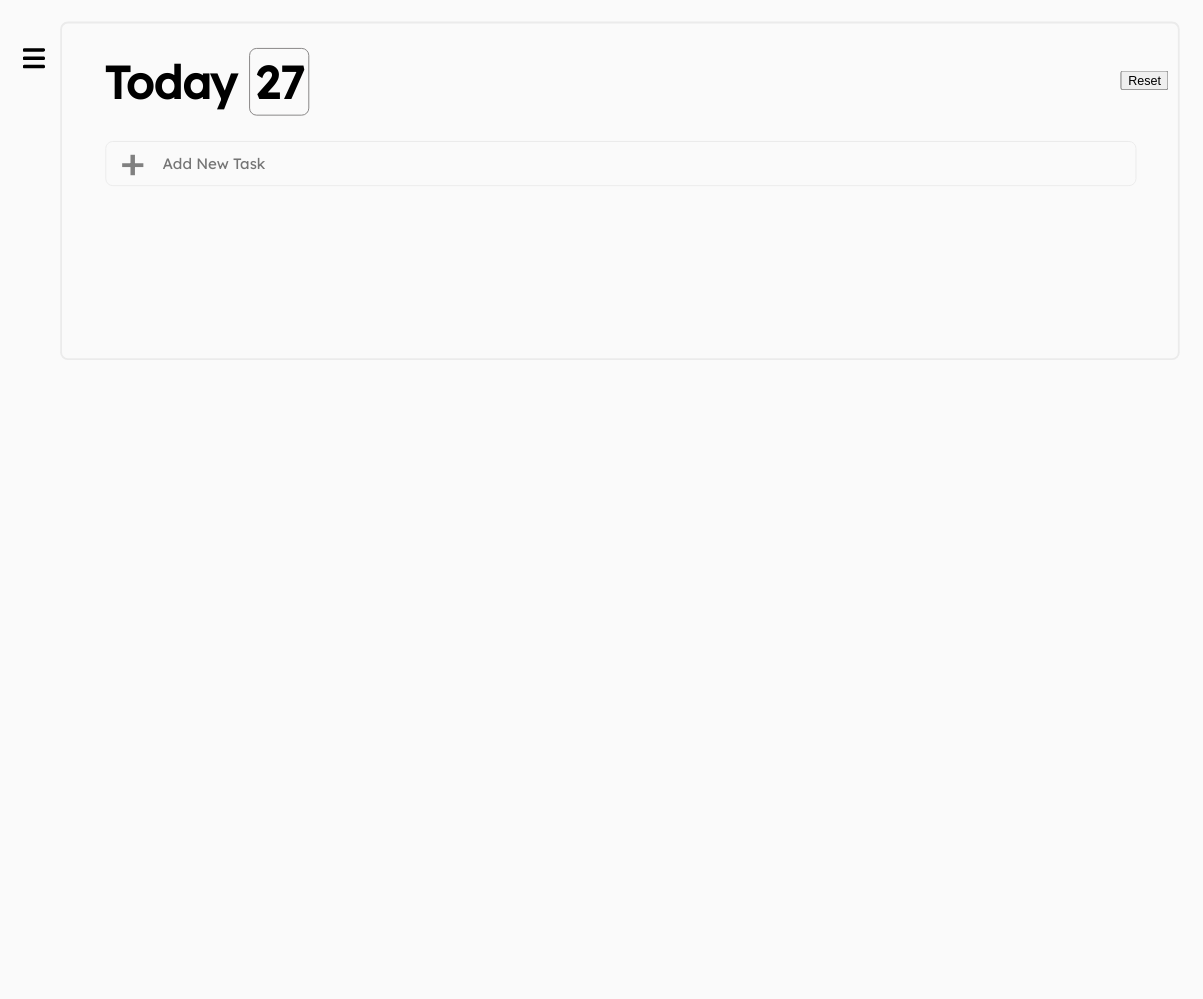
Repository: WeyehnR/Todo-App-e8719e15efb8a3743d14c47aa9ae2115442426d2
Page: Client/index.html
These files come from the project's save history. The page is drawn as it stood at one moment and after a run of saves; the edit follows.
The browser window is 1280 px wide. The pictures show the whole page, at 94% of full size.

Above is the page before, as saved 2023-11-27 16:57:49.

### Client/index.html
<!DOCTYPE html>
<html lang="en">
<head>
    <meta charset="UTF-8">
    <meta name="viewport" content="width=device-width, initial-scale=1.0">
    <title>Todo List Application</title>
    <link href="https://fonts.googleapis.com/css2?family=Lexend+Deca&display=swap" rel="stylesheet">
    <link rel="stylesheet" href="styles.css">
    <link rel="icon" href="favicon.ico">
</head>
<body>
    <div class="app-container">
        <!-- Left Menu -->
        <div class="left-menu-container" id="left-menu-container">
            <div class="hamburger" id="ham-menu-toggle"></div>
            <div class="left-menu-card" id="left-menu-card">
                <h1 class="menu-title">Menu</h1>
                <!-- Content of the left expanded gray card goes here -->
                <!-- Search Bar -->
                <div class="menu-search">
                    <div class="search-container">
                        <button class="search-icon"></button>
                        <input type="text" placeholder="Search" class="search-input" />
                      </div>
                </div>
                <!-- Tasks Section -->
                <!-- Add a 'Tasks' Title -->
                <h3 class="tasks-menu-title">Tasks</h2>
                <ul class="Tasks-menu-selection">
                    <li class="upcoming-menu-item">
                        <span class="upcoming">
                            <span class="upcoming-icon-svg icon-svg">
                                <img src="icons/Icon angle double right.svg" alt="Double right arrow">
                            </span>
                        </span>
                        <span class="text-span">Upcoming</span>
                        <span class="upcoming-item-count"></span>
                    </li>
                    <li class="today-menu-item">
                        <span class="today-icon">
                            <span class="today-icon-svg icon-svg">
                                <img src="icons/Icon tasks.svg" alt="Calendar icon">
                            </span>
                        </span>
                        <span class="text-span">Today</span>
                        <span class="today-item-count"></span>
                    </li>
                    <li class="calendar-menu-item">
                        <span class="calendar-icon">
                            <span class="calendar-icon-svg icon-svg">
                                <img src="icons/Icon calendar alt.svg" alt="Calendar icon">
                            </span>
                        </span>
                        <span class="text-span">Calendar</span>
                        <span class="calendar-item-count"></span>
                    </li>
                    <li class="sticky-menu-item">
                        <span class="sticky-notes-icon">
                            <span class="sticky-notes-icon-svg icon-svg">
                                <img src="icons/Icon sticky note.svg" alt="Sticky note icon">
                            </span>
                        </span>
                        <span class="text-span">Sticky Wall</span>
                        <span class="sticky-item-count"></span>
                    </li>
                </ul>
                <h3 class="lists-menu-title">Lists</h2>
                <!-- Lists Section -->
                <ul class="Lists-menu-selection">
                    <li class="menu-item personal"><span class="icon personal-icon"></span>Personal <span class="item-count"></span></li>
                    <li class="menu-item work"><span class="icon work-icon"></span>Work <span class="item-count"></span></li>
                    <!-- add new list button -->
                    <li class="menu-item add-list">+ Add List</li>
                </ul>
                <h3 class="tags-menu-title">Tags</h2>
                <!-- Tags Section -->
                <ul class="Tags-menu-selection">
                    <li class="menu-item tag1">Tag 1</li>
                    <li class="menu-item tag2">Tag 2</li>
                    <li class="menu-item add-tag">+ Add Tag</li>
                </ul>
                <!-- Settings & Sign Out -->
                <div class="menu-bottom">
                    <button class="menu-button settings">
                        <span class="settings-icon">
                            <span class="settings-icon-svg icon-svg">
                                <img src="icons/Icon settings.svg" alt="Settings icon">
                            </span>
                        </span>
                        Settings
                    </button>
                    <button class="menu-button signout">
                        <span class="sign-out-icon">
                            <span class="sign-out-icon-svg icon-svg">
                                <img src="icons/Icon sign out.svg" alt="Sign out icon">
                            </span>
                        </span>
                        Sign out
                    </button>
                </div>
            </div>
        </div>
        <!-- Todo Container -->
        <div class="todo-container" id="todo-container">
            <div class="date-header">
              <h1 class="Today-Headings">Today <span id="dayOfMonth"></span></h1>
              <button id="reset-btn" style="position: absolute; right: 10px; top:50px">Reset</button>
            </div>
            <div class="add-task-container">
                <input type="text" placeholder="Add New Task" id="new-task-input">
                <button id="add-task-btn">+</button>
            </div>
            <ul class="todo-list">
            </ul>
        </div>
        <!-- Right Menu -->
        <div class="right-menu-card" id="right-menu-card">
            <!-- Content of the right expanded gray card goes here -->
            <h1 class="task-title">Task:</h1>
            <input type="text" class="task-rename" placeholder="Rename Task">
            <textarea class="description-box" placeholder="Task Description"></textarea> <!-- New description box -->
            <div class="task-configuration">
                <div class="list text">
                    List
                    <select>
                        <option value="">Select...</option>
                        <option value="option1">Option 1</option>
                        <option value="option2">Option 2</option>
                        <!-- Add more options as needed -->
                    </select>
                </div>
                <div class="due text">
                    Due Date
                    <select>
                        <option value="">Select...</option>
                        <option value="option1">Option 1</option>
                        <option value="option2">Option 2</option>
                        <!-- Add more options as needed -->
                    </select>
                </div>
                <div class="tags text">
                    Tags
                    <button>+ Add Tag</button>
                </div>
            </div>
            <div class="add-subtask-container">
                <div class="Subtask">SubTask:</div>
                <div class="input-container">
                    <button id="add-subtask-btn">+</button>
                    <input type="text" placeholder="Add New Subtask" id="new-subtask-input">
                </div>
            </div>
            <img src="icons/Icon close.svg" alt="Close" class="close-icon">
            <button class="button delete-task-button">Delete Task</button>
            <button class="button save-task-button">Save Changes</button>
        </div>
        <script type= "module" src="main.js"></script>
    </div>
</body>
</html>

### Client/main.js
import Task from './Task.js';
import TaskManager from './TaskManager.js';

const getElementById = (element) => document.getElementById(element);
const querySelector = (element) => document.querySelector(element);


const getCurrentTaskId = () => {
    // Find the active task element
    const activeTaskElement = document.querySelector('.todo-list li.active');

    // If there's no active task, return null
    if (!activeTaskElement) {
        return null;
    }

    // Get the id from the data-id attribute
    const taskId = activeTaskElement.getAttribute('data-id');

    console.log('Task id:', taskId);  // Log the task id

    // Return the task id
    return taskId;
};


const addTaskEventListener = (taskManager) => {
    getElementById('add-task-btn').addEventListener('click', function() {
        const newTaskInput = getElementById('new-task-input');
        const taskDescription = newTaskInput.value;

        if (taskDescription) {
            taskManager.addTask(taskDescription);
            newTaskInput.value = '';
            // Clear the current tasks from the UI before rendering
            document.querySelector('.todo-list').innerHTML = '';
            taskManager.renderTasks();
            attachDeleteEventListeners(taskManager);
        }
    });
};

const addTaskClickEventListener = () => {
    document.querySelectorAll('.todo-list li').forEach(task => {
        task.addEventListener('click', function() {
            let taskName = this.querySelector('label').innerText;
            let taskRenameInput = document.querySelector('.task-rename');
            taskRenameInput.value = taskName;
        });
    });
};

const attachDeleteEventListeners = (taskManager) => {
    document.querySelectorAll('.delete-task-button').forEach(button => {
        button.addEventListener('click', () => {
            // Get the id of the current task
            const taskId = getCurrentTaskId();

            console.log(taskId);

            // Delete the task
            taskManager.deleteTask(taskId);

            // Clear the current tasks from the UI before rendering
            document.querySelector('.todo-list').innerHTML = '';
            taskManager.renderTasks();
        });
    });
};

document.addEventListener("DOMContentLoaded", () => {
    const currentDate = new Date();
    const dayOfMonth = currentDate.getDate();
    const dayOfMonthElement = getElementById("dayOfMonth");
    dayOfMonthElement.textContent = dayOfMonth;

    const hamburger = querySelector(".hamburger");
    const leftMenuCard = querySelector(".left-menu-card");
    const rightMenuCard = getElementById("right-menu-card");
    const todoContainer = querySelector(".todo-container");

    const taskManager = new TaskManager();
    taskManager.renderTasks();

    addTaskEventListener(taskManager);
    //attach delete event listeners
    attachDeleteEventListeners(taskManager);
    addTaskClickEventListener();


    hamburger.addEventListener("click", () => {
        leftMenuCard.classList.toggle("expanded");
        todoContainer.classList.toggle("left-expanded");
        hamburger.classList.toggle("left-expanded");
    });

    // Select the arrow buttons
    const rightArrowButtons = document.querySelectorAll(".arrow-btn");

    // Add a click event listener to each arrow button
    rightArrowButtons.forEach(button => {
        button.addEventListener("click", () => {
            rightMenuCard.classList.add("expanded");
            todoContainer.classList.add("right-expanded");

            // Remove the active class from all task elements
            document.querySelectorAll('.todo-list li').forEach(task => {
                task.classList.remove('active');
            });

            // Add the active class to the parent task element of the clicked button
            button.parentElement.classList.add('active');
        });
    });

    document.getElementById('reset-btn').addEventListener('click', function() {
        localStorage.clear();
        location.reload();
    });

    document.querySelector('.close-icon').addEventListener('click', () => {
        rightMenuCard.classList.remove('expanded');
        todoContainer.classList.remove('right-expanded');
    });

});

Loaded but not shown: Client/icons/Icon settings.svg (101 lines, source omitted); Client/icons/Icon sign out.svg (1 lines, source omitted); Client/icons/Icon calendar alt.svg (109 lines, source omitted); Client/icons/Icon tasks.svg (1 lines, source omitted); Client/icons/Icon close.svg (1 lines, source omitted); Client/icons/Icon_bars.svg (1 lines, source omitted); Client/icons/Icon search.svg (3 lines, source omitted); Client/icons/Icon sticky note.svg (1 lines, source omitted); Client/icons/Icon angle double right.svg (1 lines, source omitted); Client/TaskManager.js (134 lines, source omitted); Client/Task.js (36 lines, source omitted); Client/styles.css (721 lines, source omitted)

After the next 5 saves:
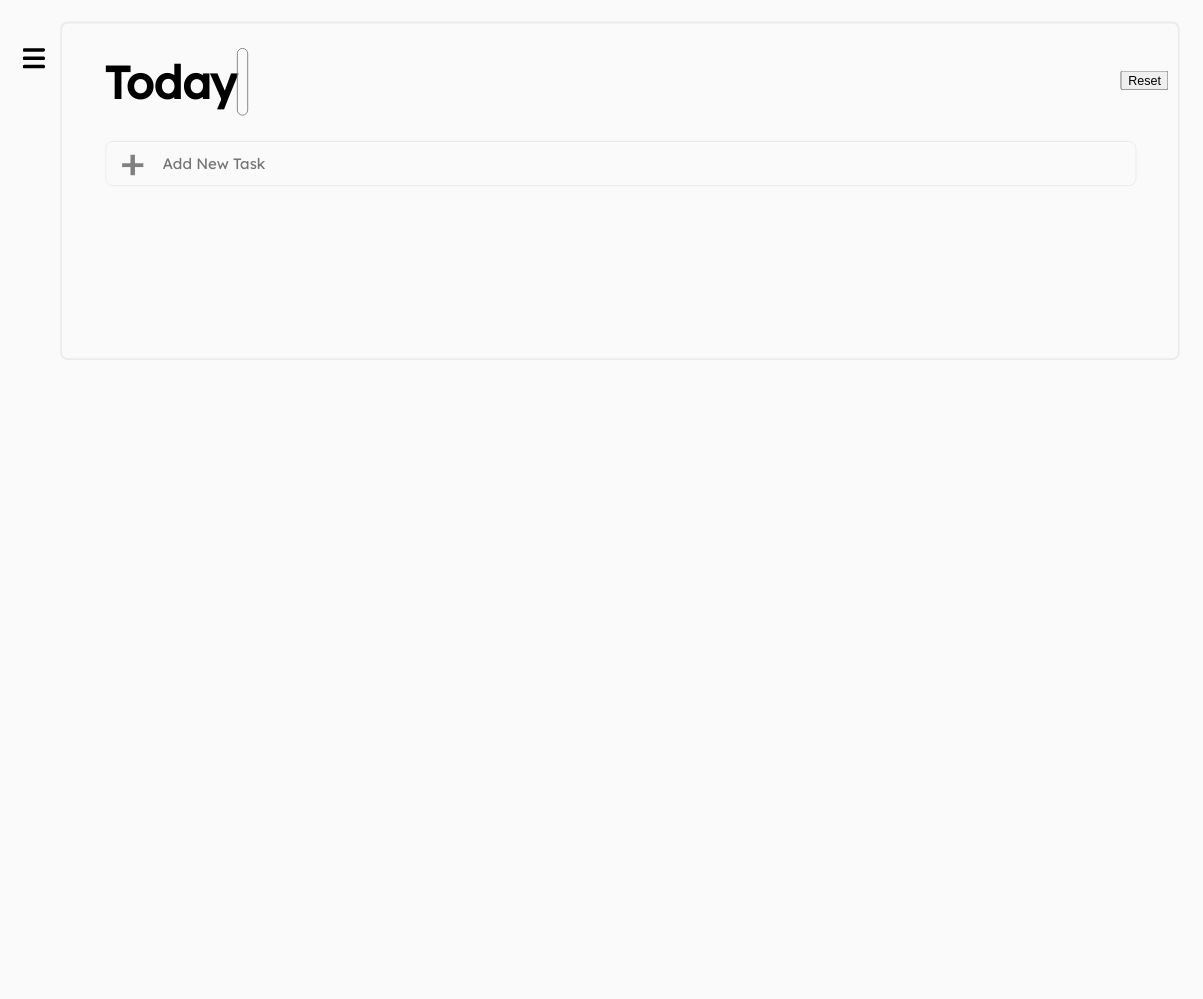
Console error: SyntaxError: missing ) after argument list
The 5 saves are shown as one change because they came seconds apart.
The last was saved 14 min 34 s later.
--- a/Client/main.js
+++ b/Client/main.js
@@ -7,7 +7,7 @@
 
 const getCurrentTaskId = () => {
     // Find the active task element
-    const activeTaskElement = document.querySelector('.todo-list li.active');
+    const activeTaskElement = document.querySelector(''
 
     // If there's no active task, return null
     if (!activeTaskElement) {

After the save that followed:
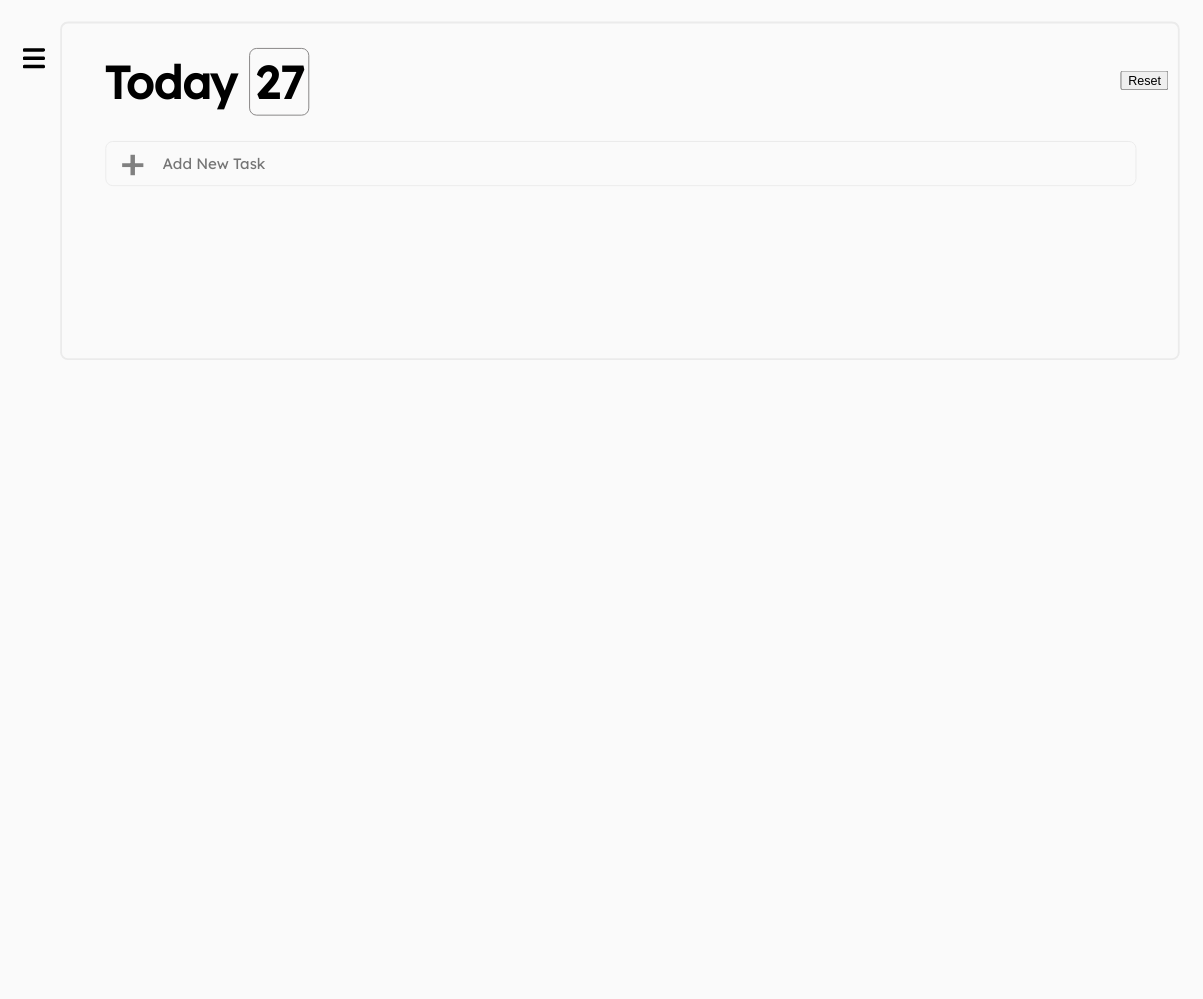
The error is gone.
Saved 5 s later.
--- a/Client/main.js
+++ b/Client/main.js
@@ -7,7 +7,7 @@
 
 const getCurrentTaskId = () => {
     // Find the active task element
-    const activeTaskElement = document.querySelector(''
+    const activeTaskElement = document.querySelector('activeTask');
 
     // If there's no active task, return null
     if (!activeTaskElement) {
